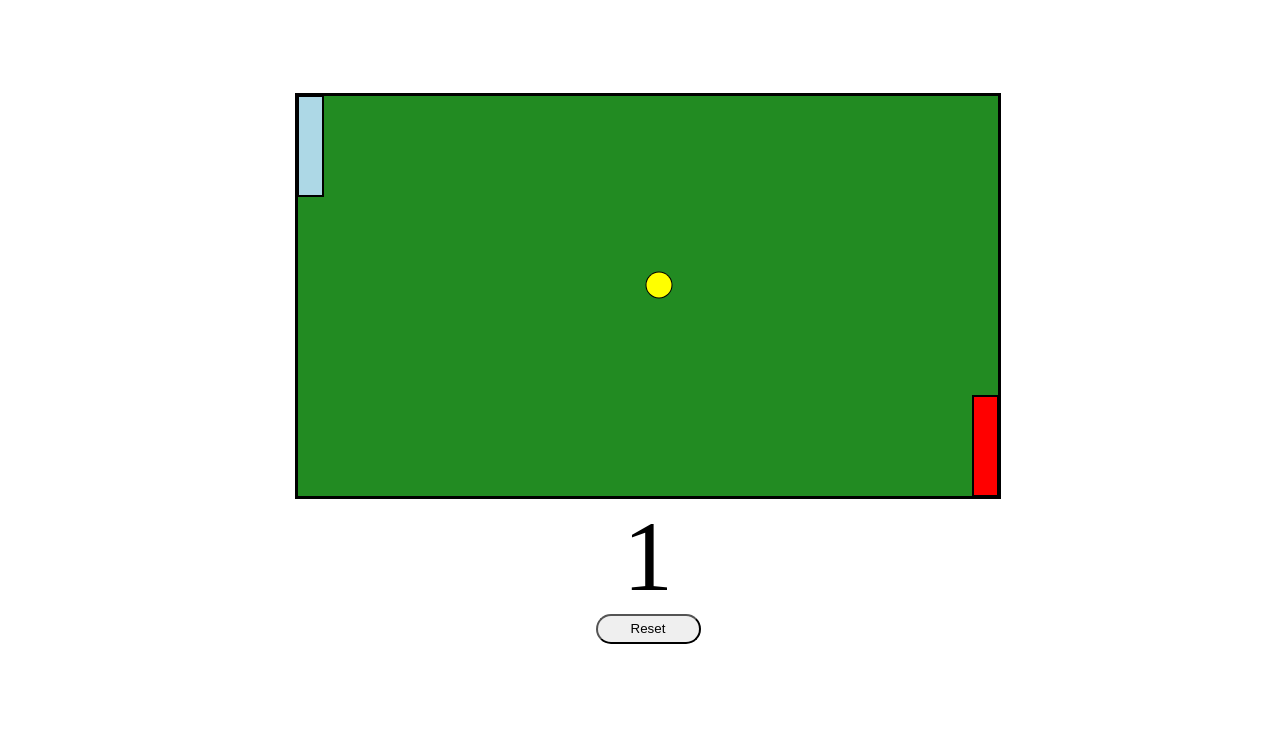
Repository: zacheys123/ping-pong
Page: index.html
These files come from the project's save history. The page is drawn as it stood at one moment and after the next save; the edit follows.
The browser window is 1280 px wide. The page is 1288 px wide, so the pictures cover 1288 px, including what lies to the right of the window. The pictures show the whole page.

Above is the page before, as saved 2023-07-01 00:33:01.

After the next save:
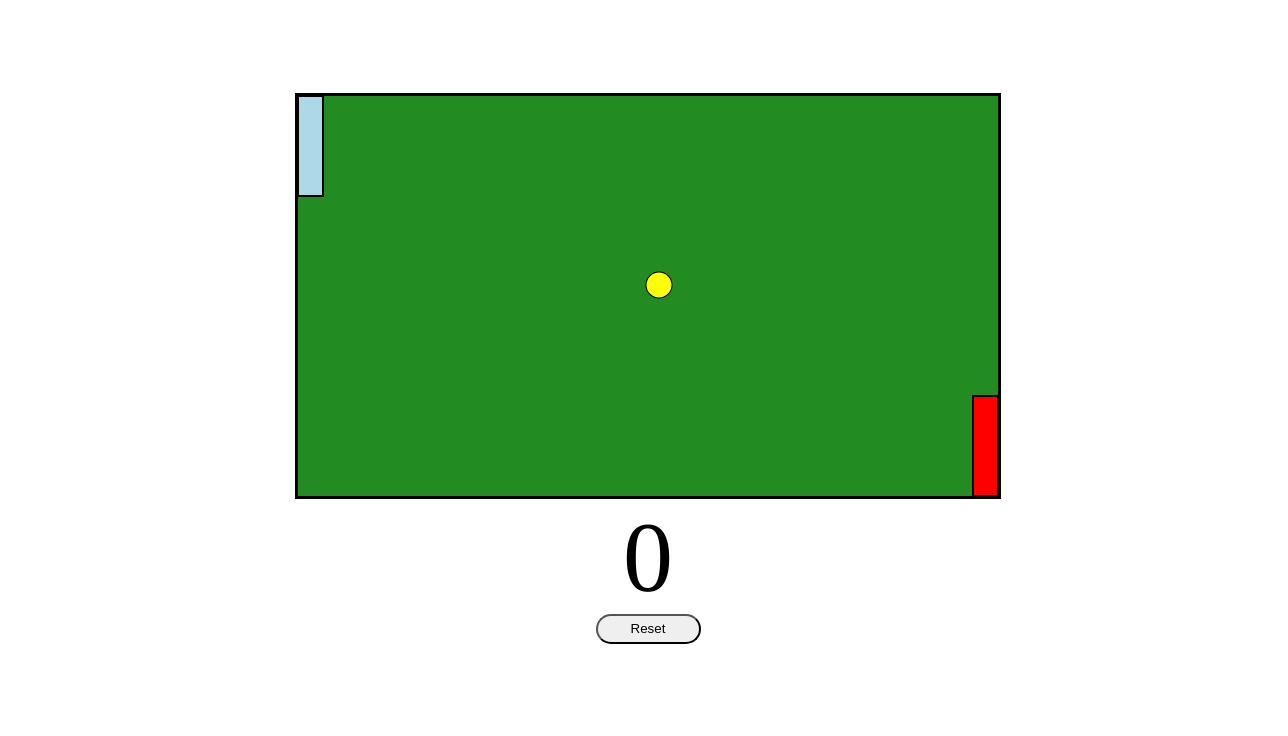
Saved 13 s later.
--- a/index.js
+++ b/index.js
@@ -139,6 +139,6 @@ function drawPaddles() {
 	ctx.strokeRect(paddle2.x, paddle2.y, paddle2.width, paddle2.height);
 }
 function updateScore() {
-	scoreText.textContent = 1;
+	scoreText.textContent = player1score;
 }
 function reset() {}
